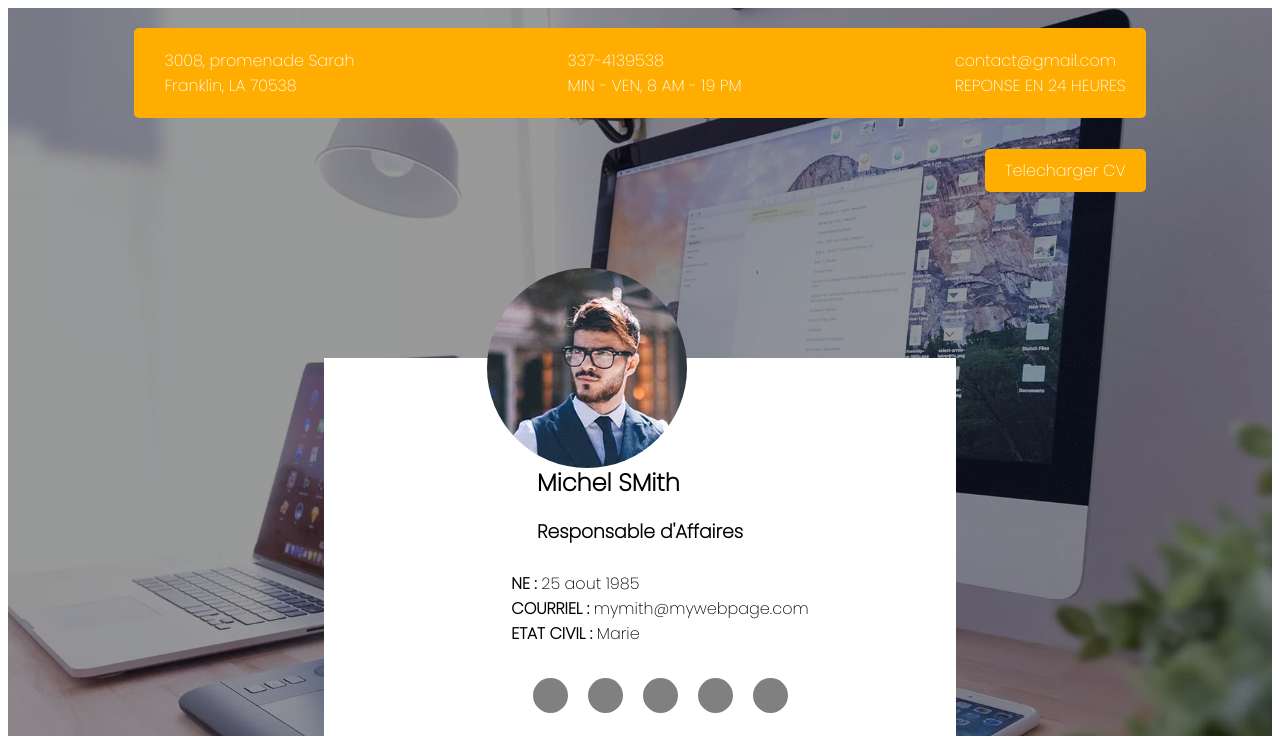
Repository: wadelfadill/CV_PORTFOLIO
Page: index.html
These files come from the project's save history. The page is drawn as it stood at one moment and after the next save; the edit follows.
The browser window is 1280 px wide. The pictures show the whole page.
Some icons come from a web library that is not loaded, so they are not drawn. Backgrounds fixed to the window are drawn as part of the page.

Above is the page before, as saved 2023-03-14 10:03:24.

### index.html
<!DOCTYPE html>
<html lang="en">
<head>
    <meta charset="UTF-8">
    <meta http-equiv="X-UA-Compatible" content="IE=edge">
    <meta name="viewport" content="width=device-width, initial-scale=1.0">
    <title>CV - Portfolio</title>
    <link rel="stylesheet" href="style.css">
    <link rel="stylesheet" href="path/to/font-awesome/css/font-awesome.min.css">
    <link href="/fontawesome/css/all.css" rel="stylesheet">
    <link href="/fontawesome/css/fontawesome.css" rel="stylesheet">
    <link href="/fontawesome/css/brands.css" rel="stylesheet">
    <link href="/fontawesome/css/solid.css" rel="stylesheet">
    <link rel="stylesheet" href="/fontawesome/css/regular.css">
    <link rel="preconnect" href="https://fonts.googleapis.com">
    <link rel="stylesheet" href="/fontawesome/css/all.min.css">
    <link rel='stylesheet' href='https://cdn-uicons.flaticon.com/uicons-brands/css/uicons-brands.css'>
    <link rel="stylesheet" href="https://cdn-uicons.flaticon.com/uicons-regular-straight/css/uicons-regular-straight.css">
<link rel="preconnect" href="https://fonts.gstatic.com" crossorigin>
<link href="https://fonts.googleapis.com/css2?family=Manrope&family=Montserrat&family=Poppins:wght@200&family=Roboto&display=swap" rel="stylesheet">
</head>
<body>
    <header>
        <div class="head">
            <div class="address">
                <div class="add-1">
                    <div class="add-icone"><i class="fi fi-rs-marker"></i></div>
                    <div class="add-text">3008, promenade Sarah <br> Franklin, LA 70538</div>
                </div>
                <div class="add-1">
                    <div class="add-icone"><i class="fi fi-rs-phone-call"></i></div>
                    <div class="add-text">337-4139538 <br> MIN - VEN, 8 AM - 19 PM</div>
                </div>
                <div class="add-1">
                    <div class="add-icone"><i class="fi fi-rs-messages"></i></div>
                    <div class="add-text">contact@gmail.com <br>REPONSE EN 24 HEURES</div>
                </div>
            </div>
            <div class="download">
                <a href="#" class="button">Telecharger CV</a>
            </div>
        </div>
        <div class="head_2">
           <div class="espace">

           </div>
           <div class="presentation">
            <div class="img">
                <img src="images/profile.jpg" alt="profile" class="profil">
                <h2>Michel SMith</h2>
                <h3>Responsable d'Affaires</h3>
            </div>
            <div class="rest">
                <ul>
                    <li><b>NE :</b> 25 aout 1985</li>
                    <li><b>COURRIEL :</b> mymith@mywebpage.com</li>
                    <li><b>ETAT CIVIL :</b> Marie</li>
                </ul>
            </div>
            <div class="social">
                <ul class="social-reseau">
                    <li><a href=""><i class="fi fi-brands-pinterest"></i></a></li>
                    <li><a href=""><i class="fi fi-brands-linkedin"></i></a></li>
                    <li><a href=""><i class="fi fi-brands-instagram"></i></a></li>
                    <li><a href=""><i class="fi fi-brands-facebook"></i></a></li>
                    <li><a href=""><i class="fi fi-brands-twitter"></i></a></li>
                </ul>
            </div>


           </div>
           <div class="espace">

           </div>
        </div>
    </header>
    <main>

    </main>
    <footer>

    </footer>
</body>
</html>

### style.css
body{
    color: white;
    font-family: 'Poppins';
}
header{
    margin: 0;
    width: 100%;
    height: auto;
    padding-top: 20px;
    background-image: linear-gradient(rgba(0, 0, 0, 0.4),
    rgba(0, 0, 0, 0.4)), url("images/background.jpg");
    background-size: cover;
    opacity: 1;
    background-attachment: fixed;
    z-index: 0;
    display: flex;
    justify-content: space-between;
    flex-direction: column;
    gap: 100px;
}
.address{
    background-color: #FFAD01;
    padding: 20px;
    display: flex;
    justify-content: space-between;
    border-radius: 5px;
    z-index: 100;


}
.add-1{
    display: flex;
    justify-content: space-between;
    align-items: center;
    gap: 10px;
}
.head{
    display: flex;
    flex-direction: column;
    justify-content: space-between;
    gap: 40px;
    padding-left: 10%;
    padding-right: 10%;


}
.download{
   align-self: flex-end;
   margin: 0;
   height: 100px;
}
.download a{
    margin: 0;
    padding-top: 10px;
    padding-bottom: 10px;
    padding-right: 20px;
    padding-left: 20px;
    background-color: #FFAD01;
    align-self: flex-end;
    color: white;
    text-decoration: none;
    border-radius: 5px;

}
.download:hover {
    transform: translate(0, -5px);
    transition: 0.3s;
}

.profil{
    border-radius: 100%;
    position: relative;
    top: -40px;
    width: 200px;
    height: 200px;
    margin: -50px;
}
.add-icone i{
    font-size: 25px;
    font-weight: 500;
    font-style: normal;
}
.head_2{
    display: grid;
    grid-template-columns: 25% 50% 25%;

}
.presentation{
    background-color: white;
    display: flex;
    flex-direction: column;
    align-items: center;
    color: black;
    justify-content: center;
}
.espace{
    background: none;
}
.social-reseau a{
    display: inline-block;
    color: white;
    height: 35px;
    width: 35px;
    border-radius: 20px;
    text-decoration: none;
    background-color: gray;
    line-height: 35px;

}
.social-reseau{
    display: flex;
    justify-content: space-between;
    gap: 20px;
}
li{
    list-style: none;
}
.img{
    line-height: 10px;
    display: flex;
    flex-direction: column;
    justify-content: flex-start;
}

Loaded but not shown: fontawesome/css/all.css (library); fontawesome/css/fontawesome.css (library); fontawesome/css/solid.css (common file); fontawesome/css/regular.css (common file); fontawesome/css/all.min.css (library); fontawesome/css/brands.css (1522 lines, source omitted)

After the next save:
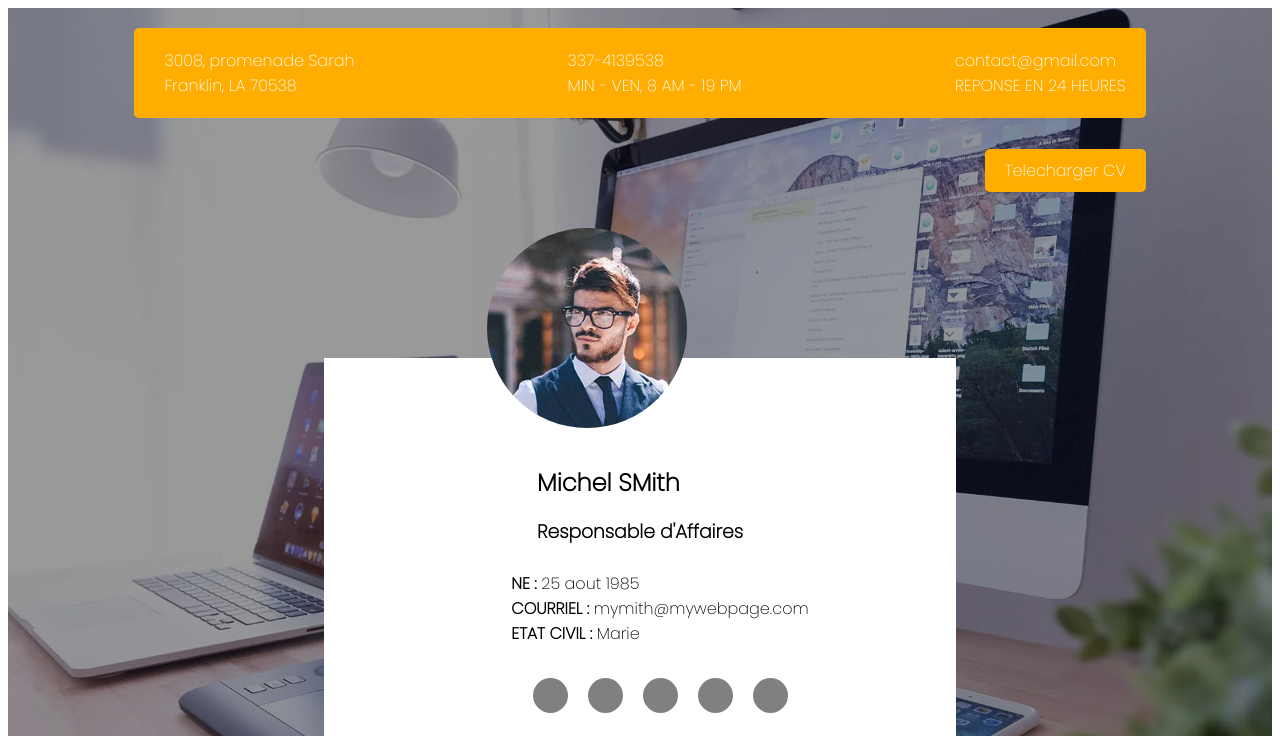
Saved 25 s later.
--- a/style.css
+++ b/style.css
@@ -70,7 +70,7 @@ header{
 .profil{
     border-radius: 100%;
     position: relative;
-    top: -40px;
+    top: -80px;
     width: 200px;
     height: 200px;
     margin: -50px;
